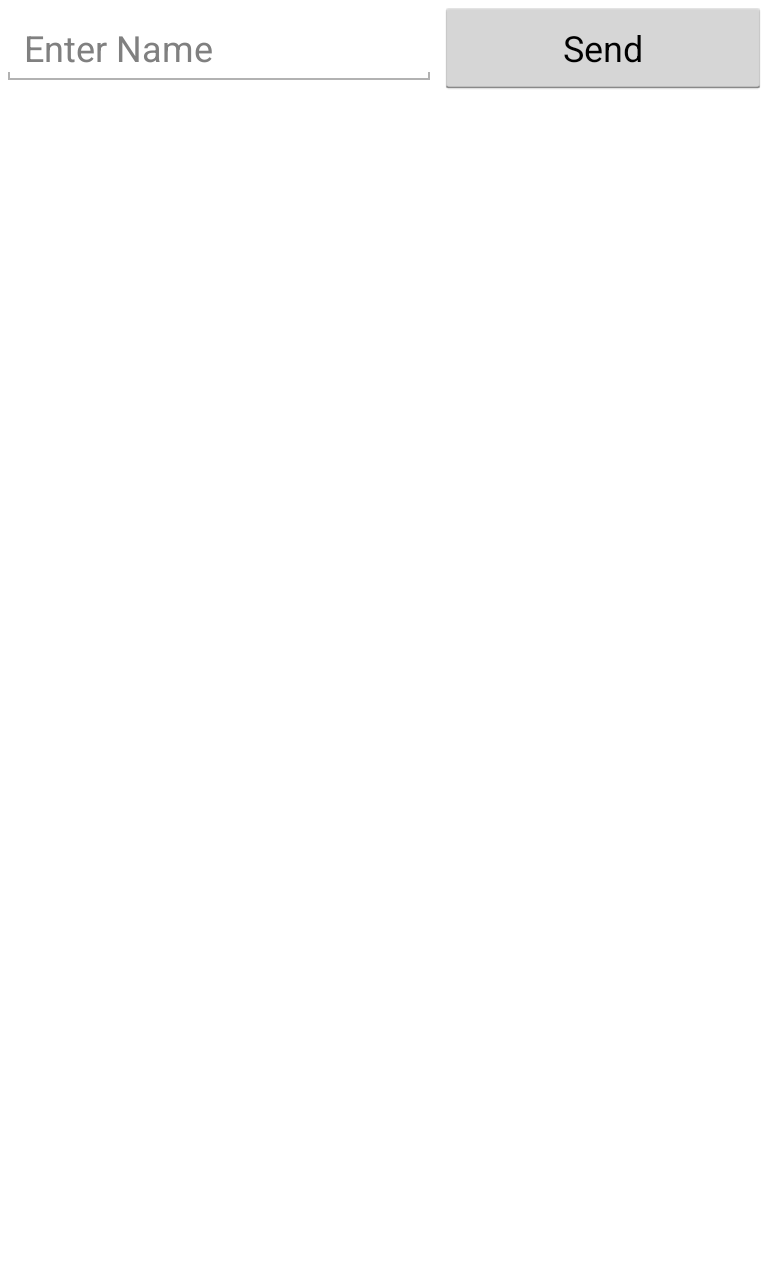
Repository: bvrit-vineeth/android-projects
Layout: MyFirstApp/res/layout/activity_main.xml
These files come from the project's save history. The layout is drawn as it stood at one moment and after the next save; the edit follows.
It is drawn on a 768 x 1280 px phone screen (xhdpi) without system bars, with theme AppTheme; the app's code is not run.

Above is the layout before, as saved 2013-08-18 09:24:55.

### MyFirstApp/res/layout/activity_main.xml
<?xml version="1.0" encoding="utf-8"?>
<LinearLayout xmlns:android="http://schemas.android.com/apk/res/android"
    xmlns:tools="http://schemas.android.com/tools"
    android:layout_width="match_parent"
    android:layout_height="match_parent"
    android:orientation="horizontal" >

    <EditText
        android:id="@+id/editText1"
        android:layout_width="wrap_content"
        android:layout_height="wrap_content"
        android:hint="@string/edit_message"
        android:layout_weight="1" />

    <Button
        android:layout_width="wrap_content"
        android:layout_height="wrap_content"
        android:text="@string/button_send"
        android:layout_weight="1" />
</LinearLayout>

### MyFirstApp/res/values/strings.xml
<?xml version="1.0" encoding="utf-8"?>
<resources>

    <string name="app_name">My First App</string>
    <string name="action_settings">Settings</string>
    <string name="hello_world">Hello world!</string>
    <string name="edit_message">Enter Name</string>
    <string name="button_send">Send</string>

</resources>

Loaded but not shown: MyFirstApp/res/values/styles.xml (common file); MyFirstApp/res/values-v11/styles.xml (common file); MyFirstApp/res/values-v14/styles.xml (common file)

After the next save:
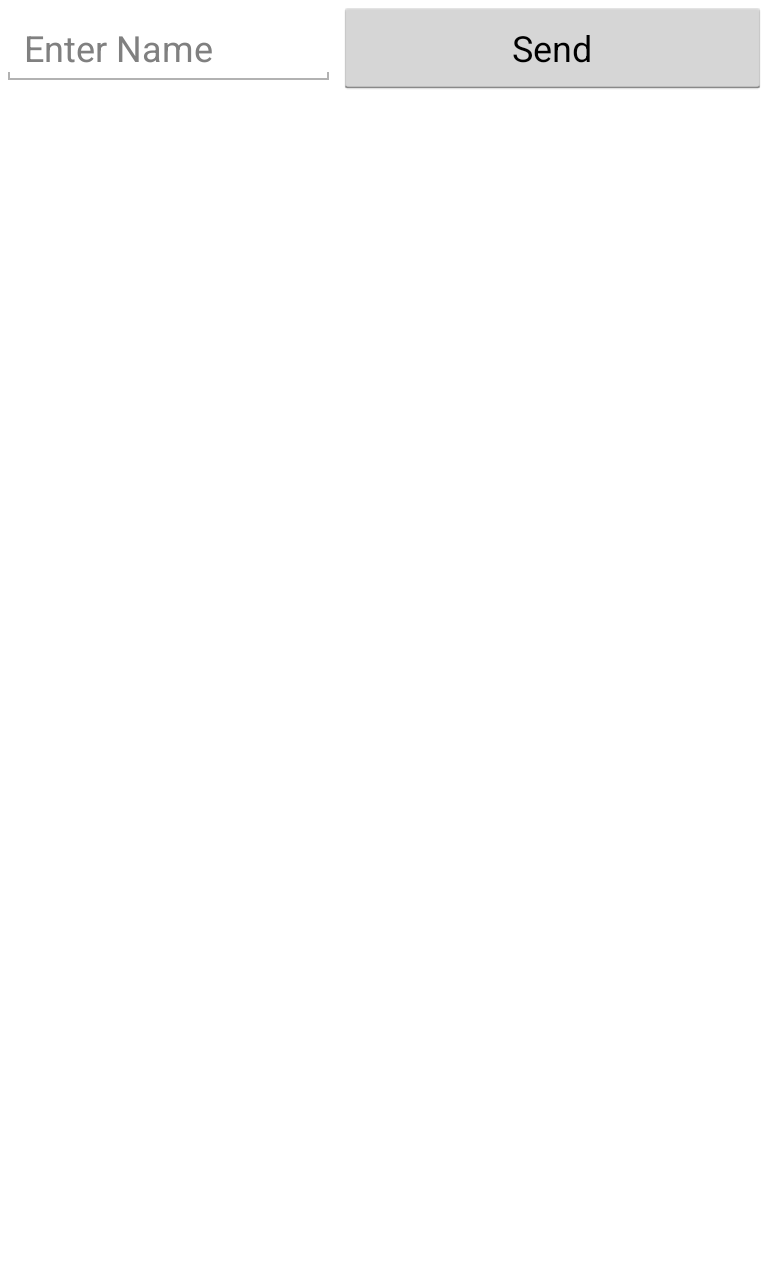
Saved 7 s later.
--- a/MyFirstApp/res/layout/activity_main.xml
+++ b/MyFirstApp/res/layout/activity_main.xml
@@ -16,5 +16,5 @@
         android:layout_width="wrap_content"
         android:layout_height="wrap_content"
         android:text="@string/button_send"
-        android:layout_weight="1" />
+        android:layout_weight="3" />
 </LinearLayout>
